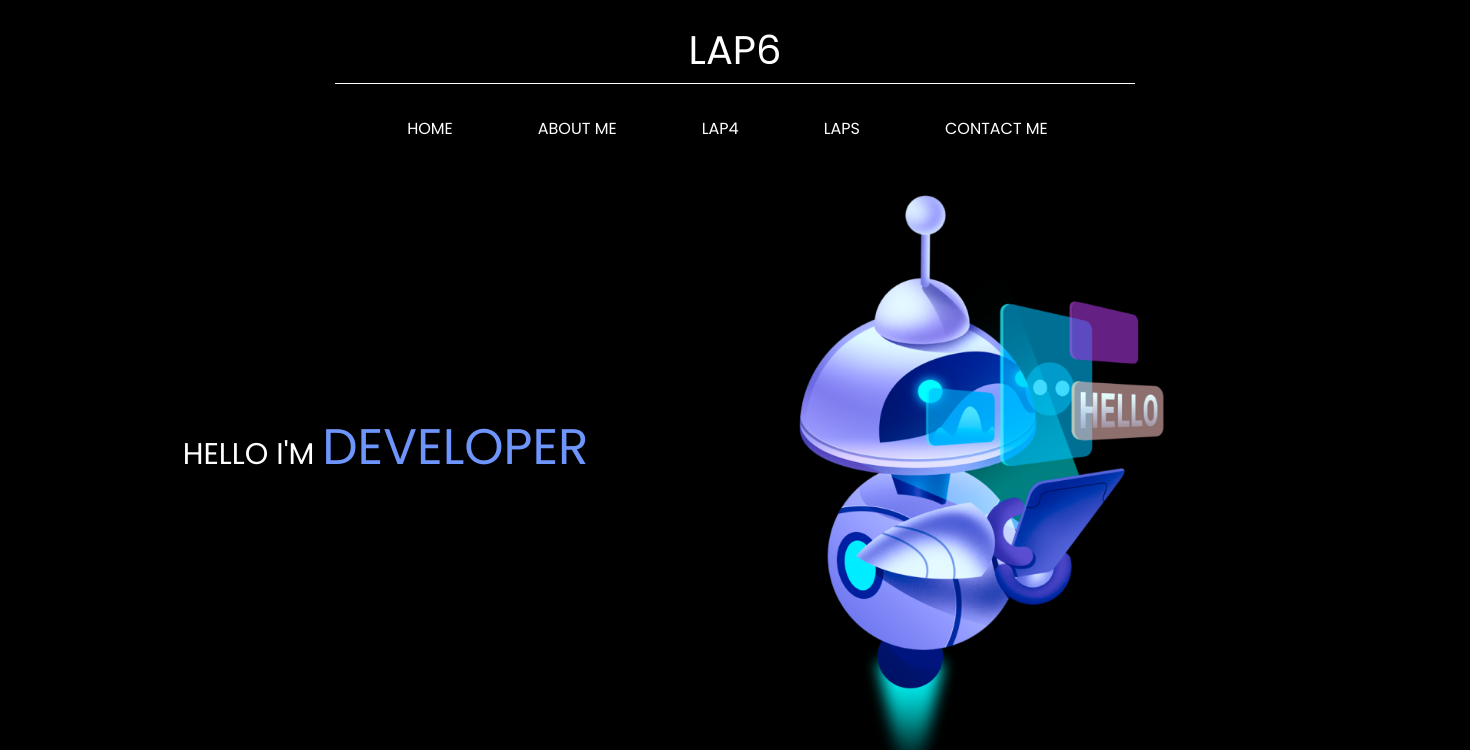
Repository: nhathao-1506/PersonalWeb
Page: index.html
An editor plug-in stored every save of this project. The page is shown before and after the next save, followed by the edit.
The browser window is 1280 px wide. The page is 1470 px wide, so the pictures cover 1470 px, including what lies to the right of the window. The pictures show the whole page.

Above is the page before, as saved 2024-02-04 13:25:03.

### index.html
<!DOCTYPE html>
<html lang="en">
    <head>
        <meta charset="UTF-8" />
        <meta name="viewport" content="width=device-width, initial-scale=1.0" />
        <link rel="stylesheet" href="./assets/css/reset.css" />
        <link rel="stylesheet" href="./assets/fonts/stylesheet.css" />
        <link rel="stylesheet" href="./assets/css/style.css" />
        <title>LAP6</title>
    </head>
    <body>
        <div class="component">
            <div class="container">
                <div class="header_logo">
                    <p style="color: white; font-size: 40px; margin-top: 30px">
                        LAP6
                    </p>
                </div>
                <div
                    style="
                        border-bottom: 1px solid #ffff;
                        height: 30px;
                        width: 800px;
                    "
                ></div>
                <div>
                    <ul class="nav">
                        <li><a class="type" href="./index.html">Home</a></li>
                        <li>
                            <a class="type" href="./about.html">About Me</a>
                        </li>
                        <li><a class="type" href="./lap4.html">lap4</a></li>
                        <li>
                            <a class="type" href="">laps</a>
                            <ul class="sub-menu">
                                <li><a class="type" href="./lap1/lap1-ex1/">lap1</a></li>
                                <li>
                                    <a class="type" href="">lap6</a>
                                    <ul class="sub-menu">
                                        <li>
                                            <a class="type" href="">ex1</a>
                                            <ul class="sub-menu">
                                                <li>
                                                    <a
                                                        class="type"
                                                        href="./ex1_design.html"
                                                        >Design</a
                                                    >
                                                </li>
                                                <li>
                                                    <a
                                                        class="type"
                                                        href="./ex1.html
                                            "
                                                        >Implementation</a
                                                    >
                                                </li>
                                            </ul>
                                        </li>
                                        <li>
                                            <a class="type" href="./ex2.html"
                                                >ex2</a
                                            >
                                            <ul class="sub-menu">
                                                <li>
                                                    <a
                                                        class="type"
                                                        href="./ex2_design.html"
                                                        >Design</a
                                                    >
                                                </li>
                                                <li>
                                                    <a
                                                        class="type"
                                                        href="./ex2.html
                                            "
                                                        >Implementation</a
                                                    >
                                                </li>
                                            </ul>
                                        </li>
                                    </ul>
                                </li>
                            </ul>
                        </li>
                        <li>
                            <a class="type" href="./contact.html">Contact Me</a>
                        </li>
                    </ul>
                </div>
                <div class="content">
                    <p style="color: white; font-size: 30px">
                        HELLO I'M
                        <strong style="color: #6d95fc; font-size: 50px"
                            >DEVELOPER</strong
                        >
                    </p>
                    <img
                        src="./assets/img/—Pngtree—artificial intelligence management system robot_5339376 1.png"
                        alt=""
                    />
                </div>
            </div>
        </div>
    </body>
</html>

### assets/fonts/stylesheet.css
@font-face {
    font-family: 'Poppins';
    src: url('Poppins/Poppins-Regular.woff2') format('woff2'),
        url('Poppins/Poppins-Regular.woff') format('woff');
    font-weight: normal;
    font-style: normal;
    font-display: swap;
}

@font-face {
    font-family: 'Poppins';
    src: url('Poppins/Poppins-Bold.woff2') format('woff2'),
        url('Poppins/Poppins-Bold.woff') format('woff');
    font-weight: bold;
    font-style: normal;
    font-display: swap;
}

@font-face {
    font-family: 'Poppins';
    src: url('Poppins/Poppins-SemiBold.woff2') format('woff2'),
        url('Poppins/Poppins-SemiBold.woff') format('woff');
    font-weight: 600;
    font-style: normal;
    font-display: swap;
}

@font-face {
    font-family: 'Poppins';
    src: url('Poppins/Poppins-BlackItalic.woff2') format('woff2'),
        url('Poppins/Poppins-BlackItalic.woff') format('woff');
    font-weight: 900;
    font-style: italic;
    font-display: swap;
}

@font-face {
    font-family: 'Poppins';
    src: url('Poppins/Poppins-ThinItalic.woff2') format('woff2'),
        url('Poppins/Poppins-ThinItalic.woff') format('woff');
    font-weight: 100;
    font-style: italic;
    font-display: swap;
}

@font-face {
    font-family: 'Poppins';
    src: url('Poppins/Poppins-Thin.woff2') format('woff2'),
        url('Poppins/Poppins-Thin.woff') format('woff');
    font-weight: 100;
    font-style: normal;
    font-display: swap;
}

@font-face {
    font-family: 'Poppins';
    src: url('Poppins/Poppins-Black.woff2') format('woff2'),
        url('Poppins/Poppins-Black.woff') format('woff');
    font-weight: 900;
    font-style: normal;
    font-display: swap;
}

@font-face {
    font-family: 'Poppins';
    src: url('Poppins/Poppins-SemiBoldItalic.woff2') format('woff2'),
        url('Poppins/Poppins-SemiBoldItalic.woff') format('woff');
    font-weight: 600;
    font-style: italic;
    font-display: swap;
}

@font-face {
    font-family: 'Poppins';
    src: url('Poppins/Poppins-ExtraBold.woff2') format('woff2'),
        url('Poppins/Poppins-ExtraBold.woff') format('woff');
    font-weight: bold;
    font-style: normal;
    font-display: swap;
}

@font-face {
    font-family: 'Poppins';
    src: url('Poppins/Poppins-BoldItalic.woff2') format('woff2'),
        url('Poppins/Poppins-BoldItalic.woff') format('woff');
    font-weight: bold;
    font-style: italic;
    font-display: swap;
}

@font-face {
    font-family: 'Poppins';
    src: url('Poppins/Poppins-LightItalic.woff2') format('woff2'),
        url('Poppins/Poppins-LightItalic.woff') format('woff');
    font-weight: 300;
    font-style: italic;
    font-display: swap;
}

@font-face {
    font-family: 'Poppins';
    src: url('Poppins/Poppins-ExtraLight.woff2') format('woff2'),
        url('Poppins/Poppins-ExtraLight.woff') format('woff');
    font-weight: 200;
    font-style: normal;
    font-display: swap;
}

@font-face {
    font-family: 'Poppins';
    src: url('Poppins/Poppins-MediumItalic.woff2') format('woff2'),
        url('Poppins/Poppins-MediumItalic.woff') format('woff');
    font-weight: 500;
    font-style: italic;
    font-display: swap;
}

@font-face {
    font-family: 'Poppins';
    src: url('Poppins/Poppins-Medium.woff2') format('woff2'),
        url('Poppins/Poppins-Medium.woff') format('woff');
    font-weight: 500;
    font-style: normal;
    font-display: swap;
}

@font-face {
    font-family: 'Poppins';
    src: url('Poppins/Poppins-Italic.woff2') format('woff2'),
        url('Poppins/Poppins-Italic.woff') format('woff');
    font-weight: normal;
    font-style: italic;
    font-display: swap;
}

@font-face {
    font-family: 'Poppins';
    src: url('Poppins/Poppins-ExtraBoldItalic.woff2') format('woff2'),
        url('Poppins/Poppins-ExtraBoldItalic.woff') format('woff');
    font-weight: bold;
    font-style: italic;
    font-display: swap;
}

@font-face {
    font-family: 'Poppins';
    src: url('Poppins/Poppins-ExtraLightItalic.woff2') format('woff2'),
        url('Poppins/Poppins-ExtraLightItalic.woff') format('woff');
    font-weight: 200;
    font-style: italic;
    font-display: swap;
}

@font-face {
    font-family: 'Poppins';
    src: url('Poppins/Poppins-Light.woff2') format('woff2'),
        url('Poppins/Poppins-Light.woff') format('woff');
    font-weight: 300;
    font-style: normal;
    font-display: swap;
}

### assets/css/style.css
* {
    box-sizing: border-box;
}

a {
    text-decoration: none;
}

html {
    font-size: 62.5%;
}

body {
    font-size: 1.6rem;
    font-family: "Poppins";
}

.container {
    height: 750px;
    width: 1470px;
    background-color: black;
    display: flex;
    flex-direction: column;
    align-items: center;
}

.nav {
    width: 789px;
    height: 30px;
    margin-top: 30px;
    display: flex;
    justify-content: center;
    align-items: center;
    gap: 50px;
}

.nav > li {
    float: left;
    margin-right: 15px;
}

.nav > li > a {
    text-transform: uppercase;
    color: #fff;
}

.nav li {
    position: relative;
    list-style: none;
}

.nav li a {
    padding: 10px;
    line-height: 20px;
    display: inline-block;
}

.nav .sub-menu {
    display: none;
    position: absolute;
    top: 0;
    left: 100%;
    width: 80px;
    padding: 5px 20px;
}

.nav li:hover > .sub-menu {
    display: block;
}

.nav > li > .sub-menu {
    top: 40px;
    left: 0;
}

.type {
    color: #fff;
}

.type:hover {
    color: #6d95fc;
}

.content {
    width: 80%;
    display: flex;
    justify-content: space-evenly;
    align-items: center;
}

img {
    width: 663px;
    height: 606px;
}

Loaded but not shown: assets/css/reset.css (common file)

After the next save:
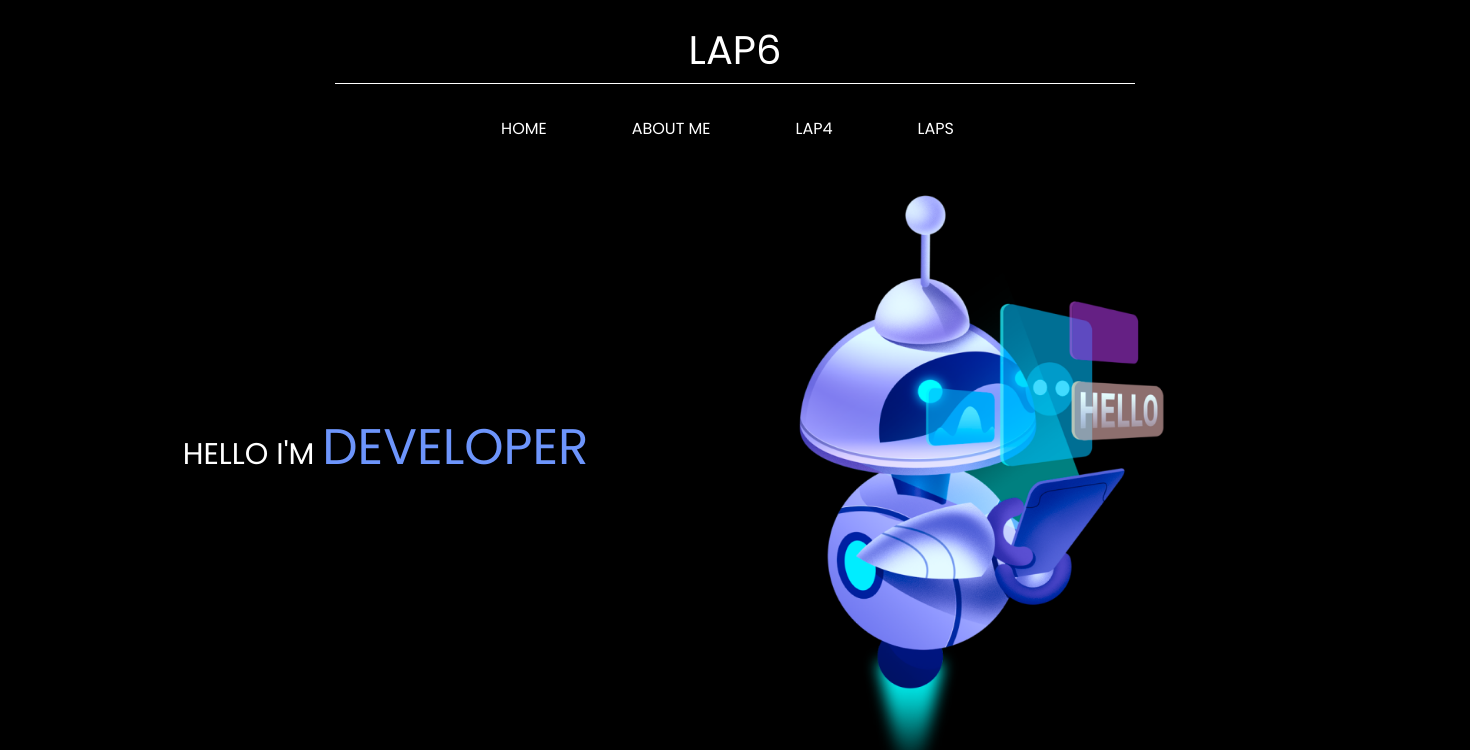
Saved 35 s later.
--- a/index.html
+++ b/index.html
@@ -33,7 +33,27 @@
                         <li>
                             <a class="type" href="">laps</a>
                             <ul class="sub-menu">
-                                <li><a class="type" href="./lap1/lap1-ex1/">lap1</a></li>
+                                <li><ul class="sub-menu">
+                                    <li>
+                                        <a class="type" href="">ex1</a>
+                                        <ul class="sub-menu">
+                                            <li>
+                                                <a
+                                                    class="type"
+                                                    href="./ex1_design.html"
+                                                    >Design</a
+                                                >
+                                            </li>
+                                            <li>
+                                                <a
+                                                    class="type"
+                                                    href="./ex1.html
+                                        "
+                                                    >Implementation</a
+                                                >
+                                            </li>
+                                        </ul>
+                                    </li></li>
                                 <li>
                                     <a class="type" href="">lap6</a>
                                     <ul class="sub-menu">

After the 3 saves that followed:
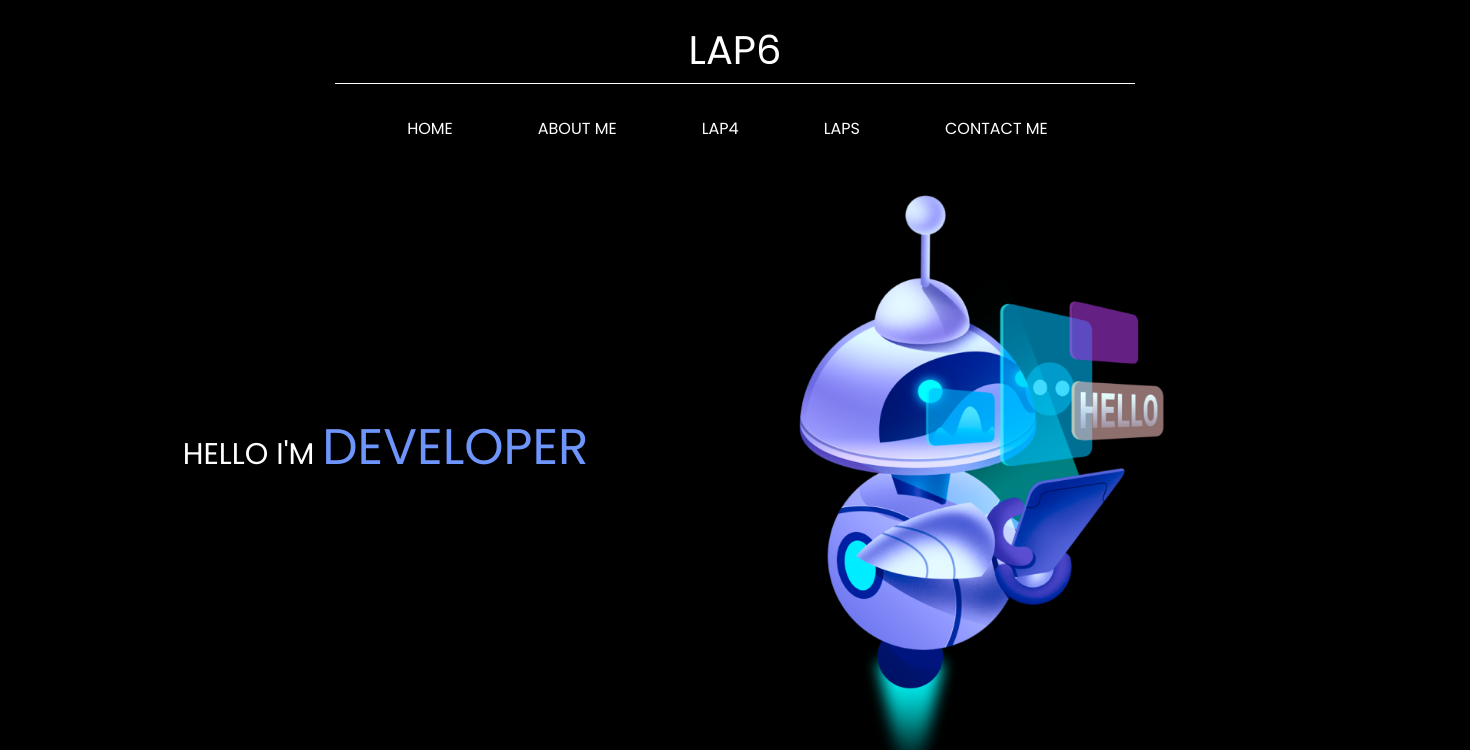
The 3 saves are shown as one change because 1 left the picture as it was and some came seconds apart.
The last was saved 30 s later.
--- a/index.html
+++ b/index.html
@@ -33,27 +33,30 @@
                         <li>
                             <a class="type" href="">laps</a>
                             <ul class="sub-menu">
-                                <li><ul class="sub-menu">
-                                    <li>
-                                        <a class="type" href="">ex1</a>
-                                        <ul class="sub-menu">
-                                            <li>
-                                                <a
-                                                    class="type"
-                                                    href="./ex1_design.html"
-                                                    >Design</a
-                                                >
-                                            </li>
-                                            <li>
-                                                <a
-                                                    class="type"
-                                                    href="./ex1.html
+                                <li>
+                                    <ul class="sub-menu">
+                                        <li>
+                                            <a class="type" href="">ex1</a>
+                                            <ul class="sub-menu">
+                                                <li>
+                                                    <a
+                                                        class="type"
+                                                        href="./ex1_design.html"
+                                                        >Design</a
+                                                    >
+                                                </li>
+                                                <li>
+                                                    <a
+                                                        class="type"
+                                                        href="./ex1.html
                                         "
-                                                    >Implementation</a
-                                                >
-                                            </li>
-                                        </ul>
-                                    </li></li>
+                                                        >Implementation</a
+                                                    >
+                                                </li>
+                                            </ul>
+                                        </li>
+                                    </ul>
+                                </li>
                                 <li>
                                     <a class="type" href="">lap6</a>
                                     <ul class="sub-menu">
